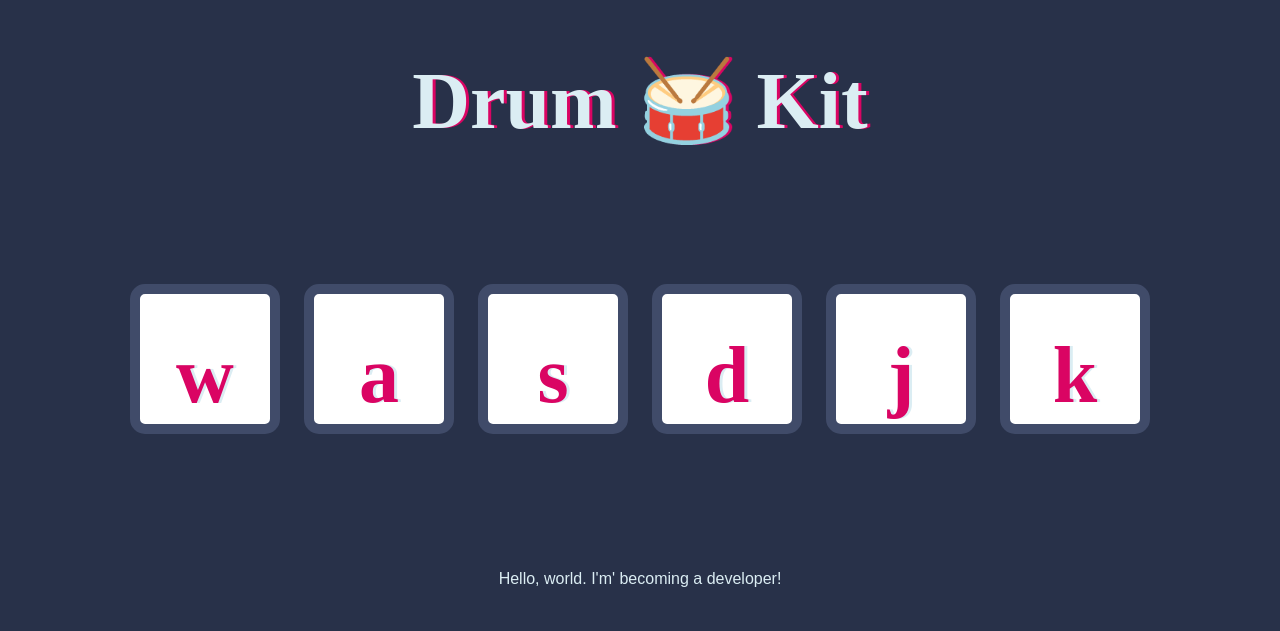
Repository: doncsar/yu-frontend-bootcamp
Page: 17-drumkit/index.html
These files come from the project's save history. The page is drawn as it stood at one moment and after a run of saves; the edit follows.
The browser window is 1280 px wide. The pictures show the whole page.

Above is the page before, as saved 2024-01-24 07:06:29.

After the next 2 saves:
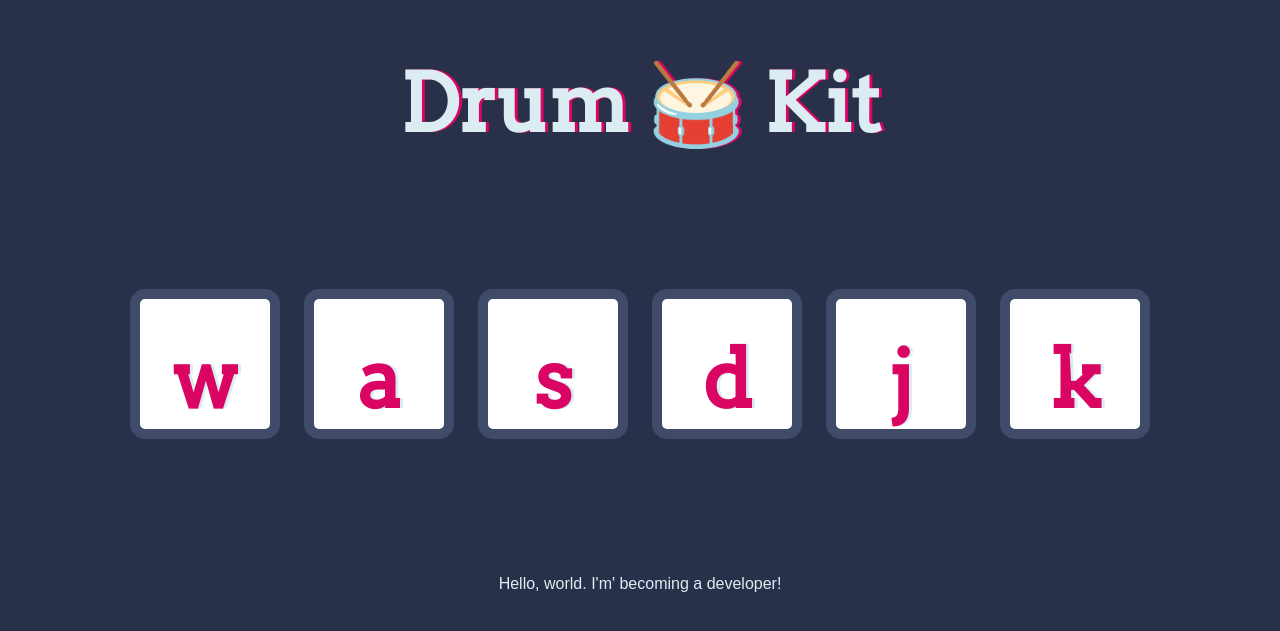
The 2 saves are shown as one change because they came seconds apart.
The last was saved 6 s later.
--- a/17-drumkit/index.html
+++ b/17-drumkit/index.html
@@ -1,22 +1,26 @@
 <!DOCTYPE html>
 <html lang="en">
-<head>
-   <meta charset="UTF-8">
-   <meta name="viewport" content="width=device-width, initial-scale=1.0">
-   <title>Drum Kit</title>
-   <link rel="stylesheet" href="style.css">
-   <script src="script.js" defer></script>
-</head>
-<body>
-   <h1 id="title">Drum 🥁 Kit</h1>
-   <div class="set">
-      <button class="w drum">w</button>
-      <button class="a drum">a</button>
-      <button class="s drum">s</button>
-      <button class="d drum">d</button>
-      <button class="j drum">j</button>
-      <button class="k drum">k</button>
-   </div>
-   <footer>Hello, world. I'm' becoming a developer!</footer>
-</body>
+   <head>
+      <meta charset="UTF-8" />
+      <meta name="viewport" content="width=device-width, initial-scale=1.0" />
+      <title>Drum Kit</title>
+      <link rel="stylesheet" href="style.css" />
+      <script src="script.js" defer></script>
+      <link
+         href="https://fonts.googleapis.com/css?family=Arvo"
+         rel="stylesheet"
+      />
+   </head>
+   <body>
+      <h1 id="title">Drum 🥁 Kit</h1>
+      <div class="set">
+         <button class="w drum">w</button>
+         <button class="a drum">a</button>
+         <button class="s drum">s</button>
+         <button class="d drum">d</button>
+         <button class="j drum">j</button>
+         <button class="k drum">k</button>
+      </div>
+      <footer>Hello, world. I'm' becoming a developer!</footer>
+   </body>
 </html>
